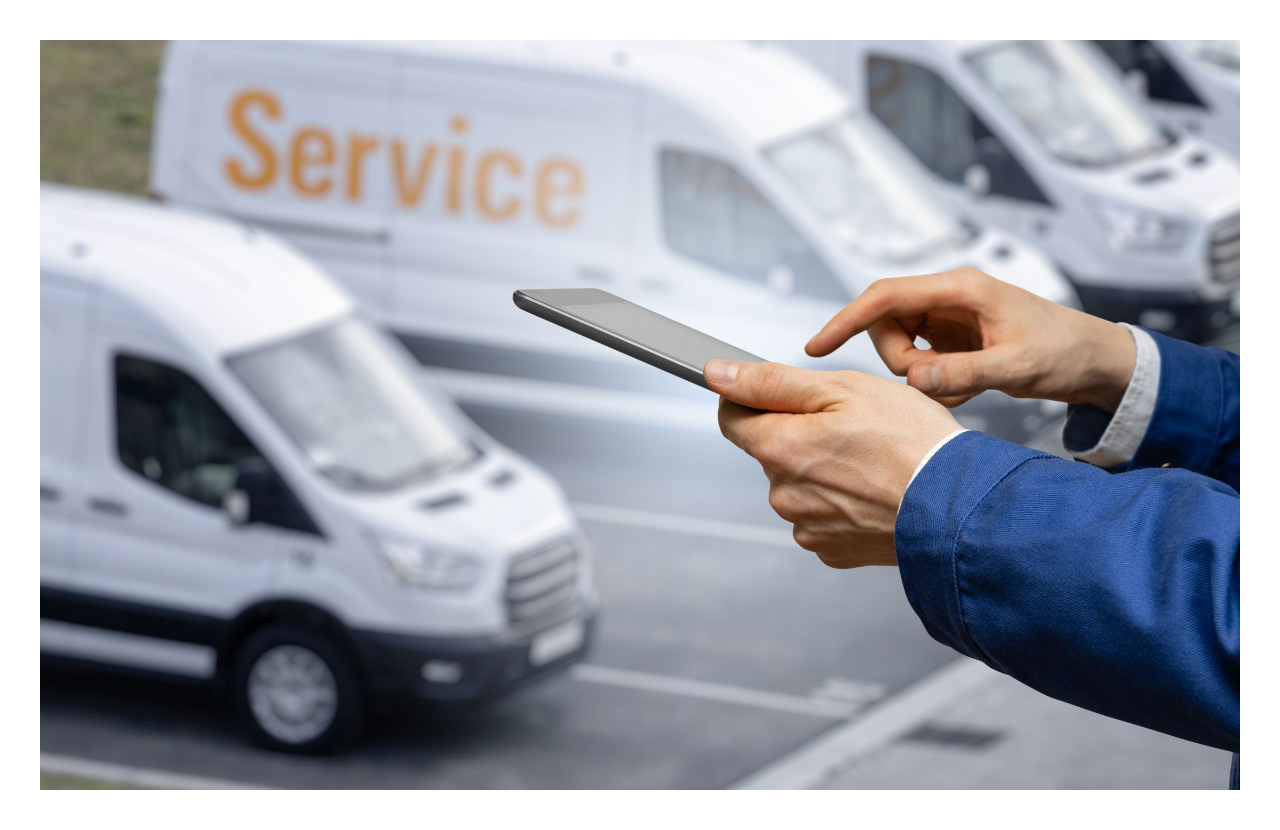
Repository: adityadhimaann/fleettrack
Page: images.html
These files come from the project's save history. The page is drawn as it stood at one moment and after the next save; the edit follows.
The browser window is 1280 px wide. The pictures show the whole page.
Some web libraries are served in a nearby version.

Above is the page before, as saved 2025-04-09 12:18:10.

### images.html
<!DOCTYPE html>
<html lang="en">
<head>
    <meta charset="UTF-8">
    <meta name="viewport" content="width=device-width, initial-scale=1.0">
    <title>Image Slide</title>
    <script src="https://cdn.tailwindcss.com"></script>
    <script src="https://cdnjs.cloudflare.com/ajax/libs/Chart.js/3.9.1/chart.min.js"></script>
    <link rel="stylesheet" href="https://cdnjs.cloudflare.com/ajax/libs/font-awesome/6.0.0-beta3/css/all.min.css">

</head>
<body>
    <!-- fixed inset 0 -->
    <!-- image gallery -->
     <div class="flex justify-center items-center gap-4 m-10">
        <img src="/images/fleet1.jpg" alt="" class="">
     </div>
</body>
</html>

After the next save:
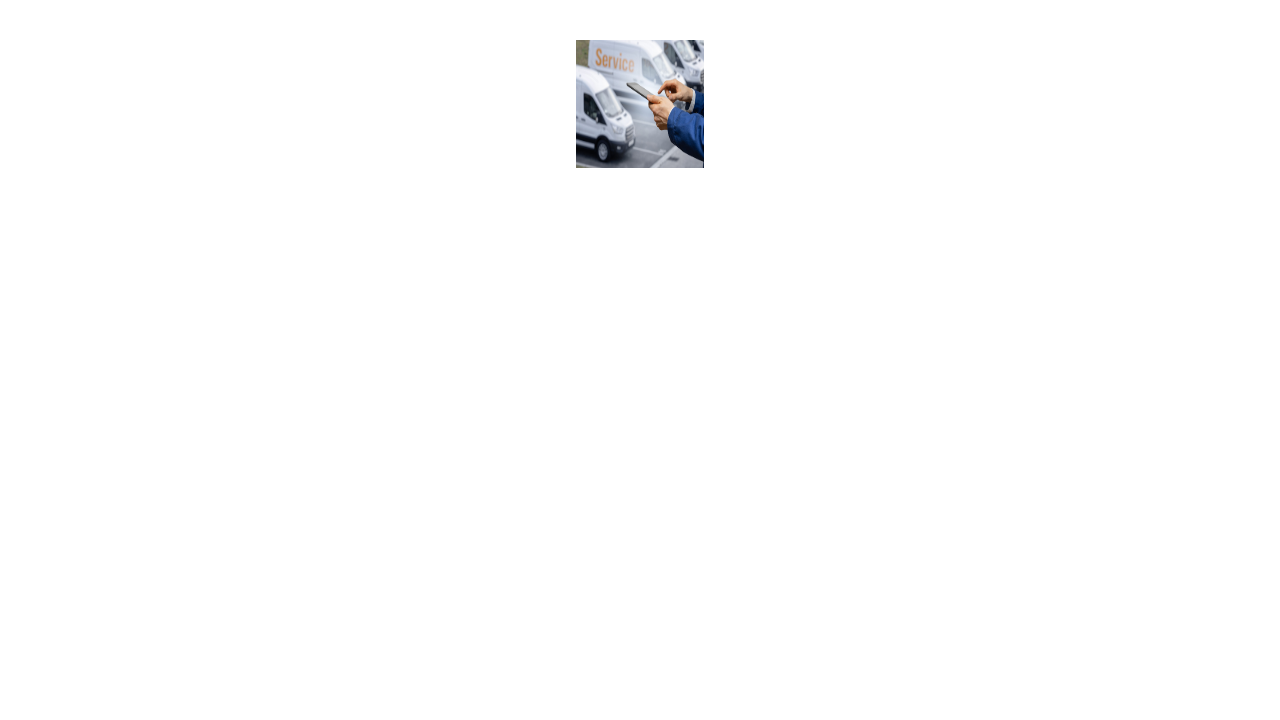
Saved 8 s later.
--- a/images.html
+++ b/images.html
@@ -13,7 +13,7 @@
     <!-- fixed inset 0 -->
     <!-- image gallery -->
      <div class="flex justify-center items-center gap-4 m-10">
-        <img src="/images/fleet1.jpg" alt="" class="">
+        <img src="/images/fleet1.jpg" alt="" class="w-32 h-32 ">
      </div>
 </body>
 </html>
